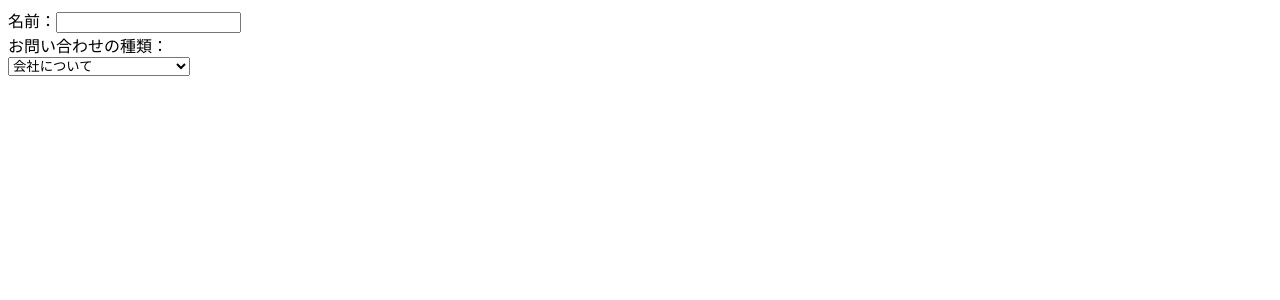
Repository: yuki120/TOURIST
Page: http://localhost/WebProj/inquiry.jsp
An editor plug-in stored every save of this project. The page is shown before and after the next save, followed by the edit.
The browser window is 1280 px wide. The pictures show the whole page.
The page is served by Tomcat 9. Other server files are loaded and not shown.

Above is the page before, as saved 2018-04-18 02:05:30.

### Java/WebProj/WebContent/inquiry.jsp
<%@ page language="java" contentType="text/html; charset=UTF-8"
    pageEncoding="UTF-8"%>
<%@ taglib prefix="s" uri="/struts-tags" %>
<!DOCTYPE html>
<html>
<head>
<meta charset="UTF-8">
<title>お問い合わせフォーム</title>
</head>
<body>
	<s:form method="post" action="InquiryCompleteAction">
		名前：<input type="text" name="name"/><br>
		お問い合わせの種類：<br>
		<select name="qtype">
			<option value="company">会社について</option>
			<option value="product">製品について</option>
			<option value="support">アフターサポートについて</option>
		</select>
	</s:form>

</body>
</html>

After the next save:
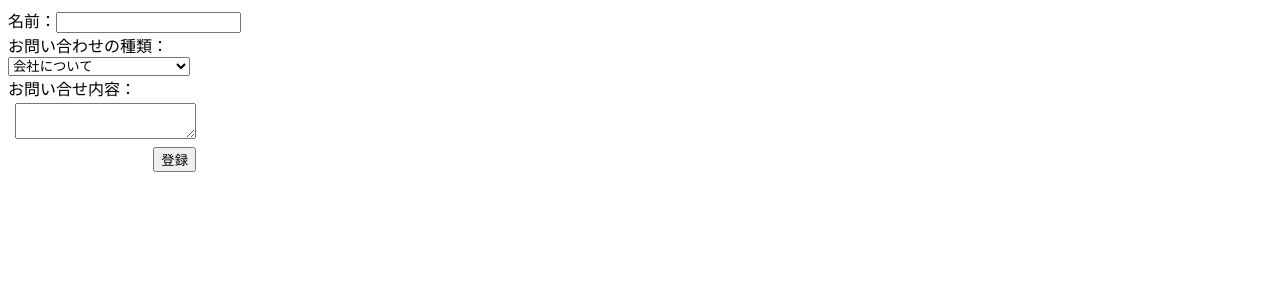
Saved 84 s later.
--- a/Java/WebProj/WebContent/inquiry.jsp
+++ b/Java/WebProj/WebContent/inquiry.jsp
@@ -16,6 +16,10 @@
 			<option value="product">製品について</option>
 			<option value="support">アフターサポートについて</option>
 		</select>
+		<br>
+		お問い合せ内容：
+		<s:textarea name="body"/>
+		<br><s:submit value="登録"/>
 	</s:form>
 
 </body>
